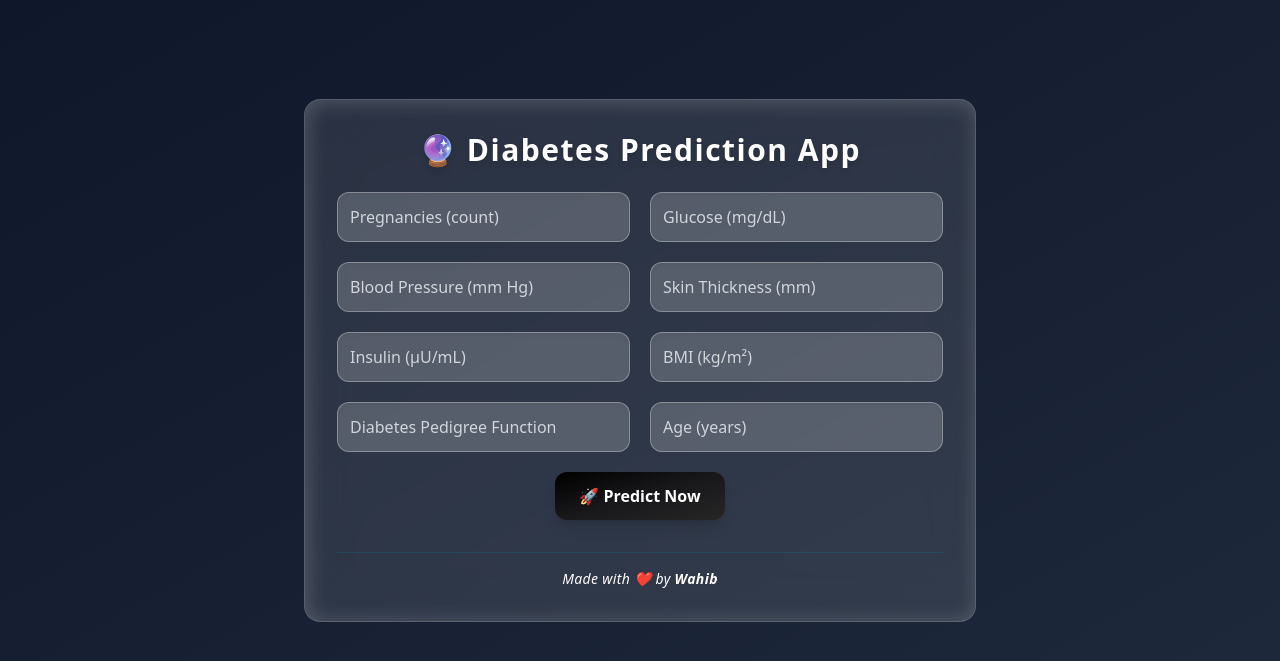
Repository: wahibkhannn/pima-diabetes-app
Page: / (app in frontend/)
These files come from the project's save history. The page is drawn as it stood at one moment and after a run of saves; the edit follows.
The browser window is 1280 px wide. The pictures show the whole page.
The project was rebuilt for these pictures with package versions that can differ from the ones it lists, and the page was loaded fresh each time.

Above is the page before, as saved 2025-06-30 21:11:09.

After the next 3 saves:
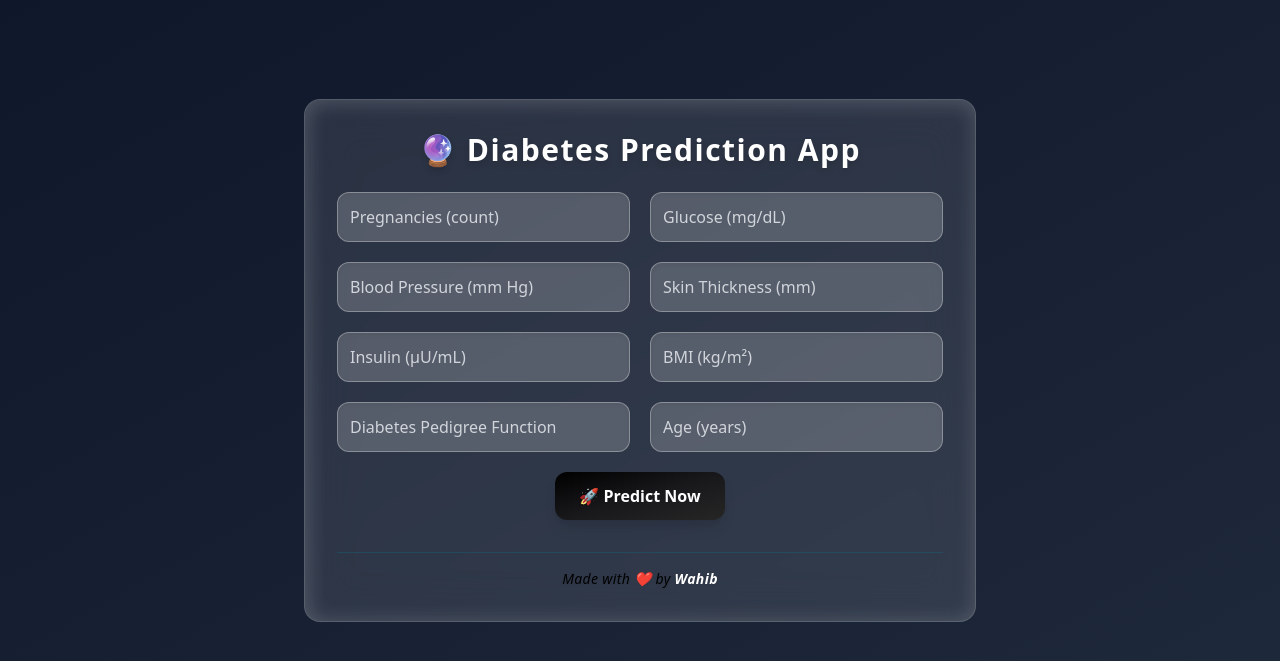
The 3 saves are shown as one change because they came seconds apart.
The last was saved 7 s later.
--- a/frontend/src/DiabetesPredictor.js
+++ b/frontend/src/DiabetesPredictor.js
@@ -163,7 +163,7 @@ const DiabetesPredictor = () => {
         )}
 
         <div className="mt-8 border-t border-cyan-700/30 pt-4 text-center">
-          <p className="text-sm text-black-400 tracking-wide italic drop-shadow-sm">
+          <p className="text-sm text-black tracking-wide italic drop-shadow-sm">
             Made with ❤️ by <span className="font-semibold text-white">Wahib</span>
           </p>
         </div>
